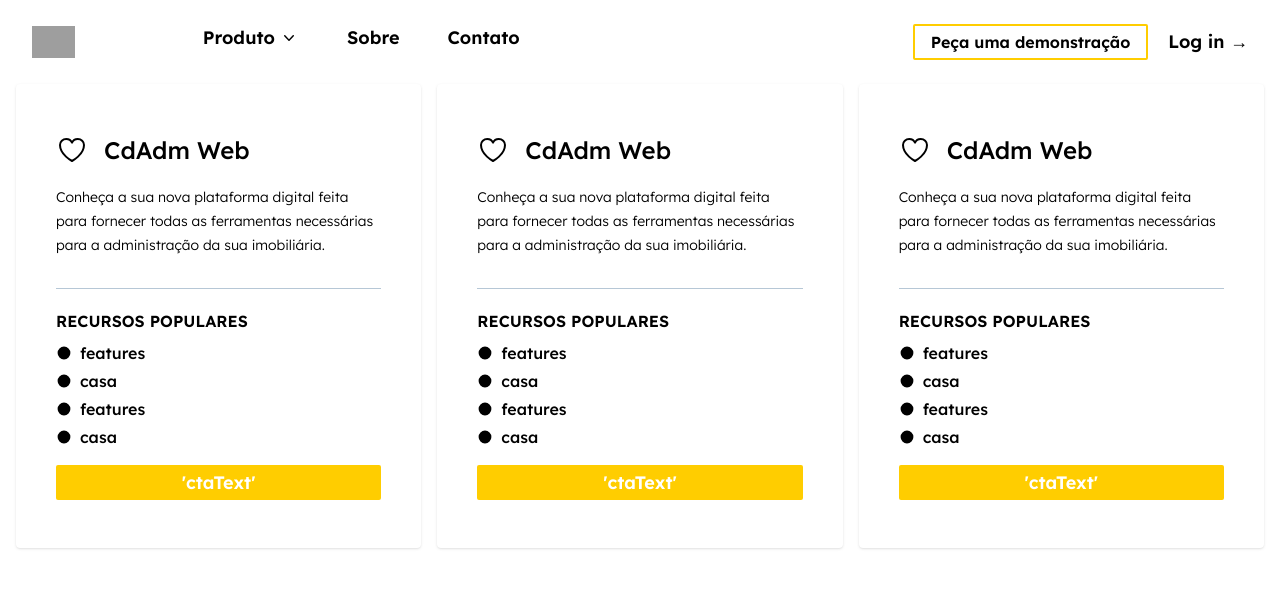
Repository: VereAbsolutum/site-institucional
Page: /
The author's editor kept a copy of each file at every save. The page is drawn from the files as they stood at one save, then again after the next save.
The browser window is 1280 px wide. The pictures show the whole page.
Pictures or frames that could not be fetched are drawn as grey boxes. The project was rebuilt for these pictures with package versions that can differ from the ones it lists, and the page was loaded fresh each time. Also part of the build but not shown: vite.config.ts, src/presentation/components/buttons/button-primary.tsx, src/presentation/components/links/link-border-primary.tsx, src/presentation/components/links/link-border-white.tsx, src/presentation/components/typography/display.tsx, src/presentation/components/typography/heading1.tsx, src/presentation/components/typography/heading2.tsx, src/presentation/components/typography/heading3.tsx and 4 more.

Above is the page before, as saved 2023-04-14 23:31:59.

After the next save:
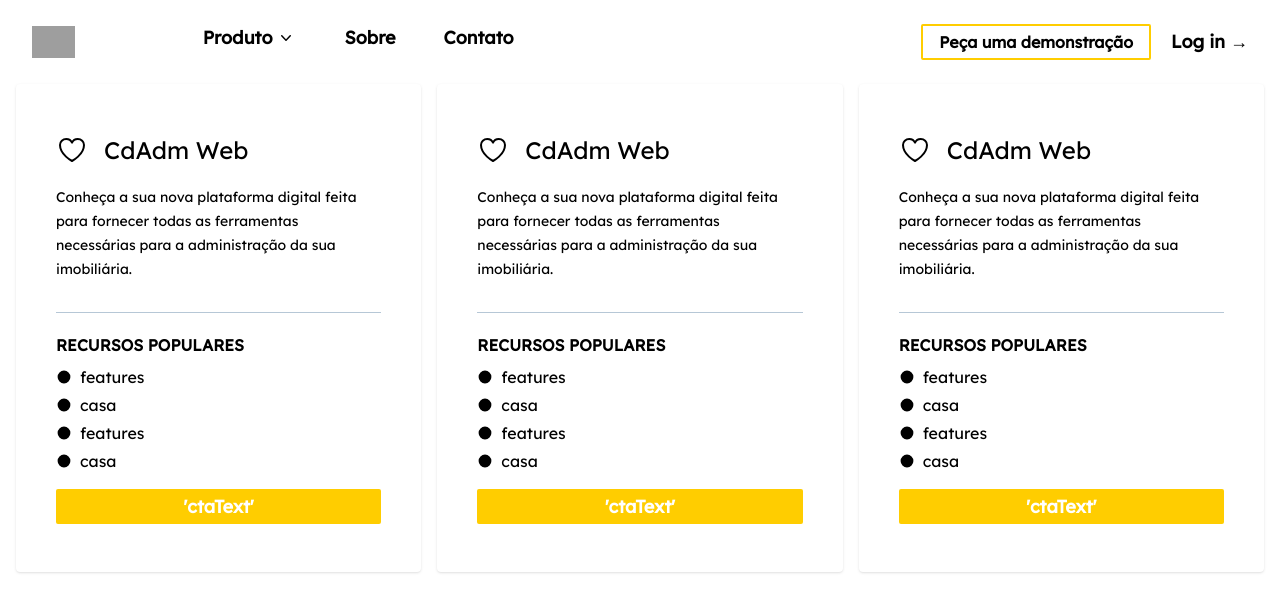
Saved 2 min 39 s later.
--- a/src/index.css
+++ b/src/index.css
@@ -1,4 +1,4 @@
-@import url("https://fonts.googleapis.com/css?family=lexend+Deca:300,500,600|Playfair+Display:500");
+@import url('https://fonts.googleapis.com/css2?family=Lexend+Deca&family=Manrope:wght@800&family=Playfair+Display:wght@500&display=swap');
 
 @tailwind base;
 @tailwind components;
